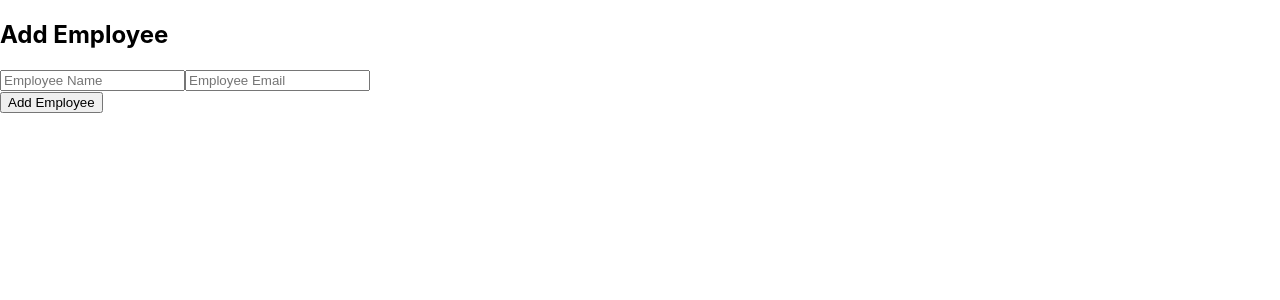
Repository: AfifaNoor/CRUD
Page: /add-employee
These files come from the project's save history. The page is drawn as it stood at one moment and after a run of saves; the edit follows.
The browser window is 1280 px wide. The pictures show the whole page.
The project was rebuilt for these pictures with package versions that can differ from the ones it lists, and the page was loaded fresh each time. Also part of the build but not shown: src/AdminPage.css, src/AdminPage.jsx, src/DashBoard.jsx.

Above is the page before, as saved 2025-06-13 14:52:00.

### src/App.js
import AdminPage from "./AdminPage"
import Router from "./Router";
import { RouterProvider } from "react-router-dom";
function App() {
  return (
    <>
      <RouterProvider router={Router} />
    </>
  );
}

export default App;

### src/Router.jsx
import React from 'react'
import { createBrowserRouter, createRoutesFromElements, Route } from 'react-router-dom'
import Dashboard from './DashBoard'
import AdminPage from './AdminPage'
import AddEmployee from './AddEmployee';


const Router =createBrowserRouter (
    createRoutesFromElements(
        <>
            <Route path="/dashboard" element= {<Dashboard/>}/>
            <Route path="/" element={<AdminPage/>} />
            <Route path='/add-employee' element={<AddEmployee/>} />

        </>

));



export default Router;

### src/AddEmployee.jsx
import React, { useEffect } from 'react'
import { useState } from 'react';

const AddEmployee = () => {

const [name,setName] =useState()
const[email,setEmail]= useState()
const [employeeList, setEmployeeList] = useState([]);

  useEffect(() => {
    // Load existing data from localStorage (if any) when the component mounts
    const storedData = JSON.parse(localStorage.getItem('employeeList')) || [];
    setEmployeeList(storedData);
  }, []);


  const handleSubmit = (e) =>{
    e.preventDefault();
      const newEmployee = {
      name: name.trim(),
      email: email.trim()
    };

    const updatedList = [...employeeList, newEmployee];

    // Save updated list in state and localStorage
    setEmployeeList(updatedList);
    localStorage.setItem('employeeList', JSON.stringify(updatedList));

    console.log('Employee Added:', newEmployee);

  }

  return (
    <div className='add-employee-page'>
      <h2>Add Employee</h2>
        <input type='text' name= "name" placeholder='Employee Name' value={name} className='form-input' onChange={(e) => setName(e.target.value)} />
        {/* <div className='dropdown' >
          <select className='form-input' value={formData.gender}  onChange={handleChange} name='gender' required>
            <option value="" disabled selected>Select Gender</option>
            <option value="male">Male</option>
            <option value="Female">Female</option>
            <option value="other">Other</option>
            <option value="prefer not to say">Prefer not to say</option>
          </select>
        </div> */}
        <input type='email' placeholder='Employee Email'  name="email" value={email} className='form-input' onChange={(e) => setEmail(e.target.value)}  required />
        {/* <input type='text' placeholder='Employee Position' value={formData.position} className='form-input' onChange={handleChange}  required />
        <input type='number' placeholder='Employee Salary'  value ={ formData.salary} className='form-input' onChange={handleChange}  required />
        <input type='date' placeholder='Date of Joining'  value={formData.joiningDate} className='form-input'  onChange={handleChange}required />
          */}
        <div className="form-button">
          <button type="submit" onClick={handleSubmit}  >Add Employee</button>
        </div>

    </div>
  )
}

export default AddEmployee

Loaded but not shown: public/index.html (common file); src/index.js (common file); src/index.css (common file); src/reportWebVitals.js (common file)

After the next 2 saves:
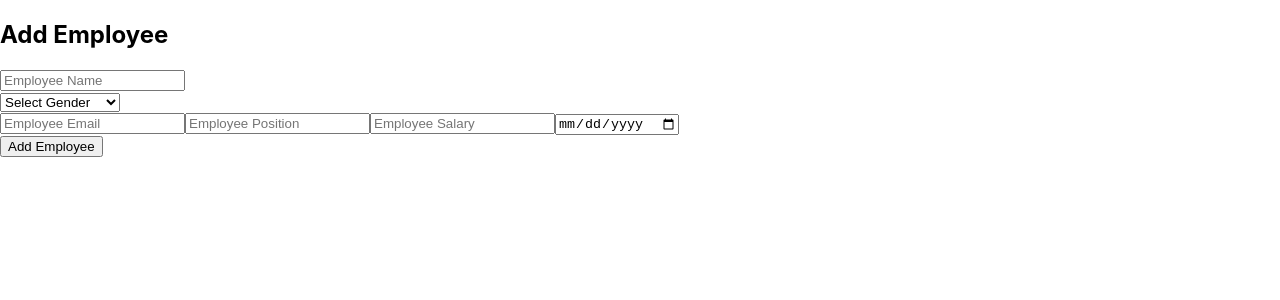
The 2 saves are shown as one change because 1 did not build or start.
The last was saved 23 h 26 min later.
--- a/src/AddEmployee.jsx
+++ b/src/AddEmployee.jsx
@@ -1,60 +1,140 @@
-import React, { useEffect } from 'react'
-import { useState } from 'react';
+// Importing necessary React features and hooks
+import React, { useEffect, useState } from 'react';
 
 const AddEmployee = () => {
+  // useState hook to track the value of each input field individually
+  const [name, setName] = useState('');             // For employee name
+  const [email, setEmail] = useState('');           // For employee email
+  const [gender, setGender] = useState('');         // For employee gender
+  const [position, setPosition] = useState('');     // For employee position
+  const [salary, setSalary] = useState('');         // For employee salary
+  const [joiningDate, setJoiningDate] = useState(''); // For joining date
 
-const [name,setName] =useState()
-const[email,setEmail]= useState()
-const [employeeList, setEmployeeList] = useState([]);
+  // State to store the complete list of employees
+  const [employeeList, setEmployeeList] = useState([]);
 
+  // useEffect runs once when the component mounts
   useEffect(() => {
-    // Load existing data from localStorage (if any) when the component mounts
+    // Get the employee list from localStorage if it exists, otherwise use empty array
     const storedData = JSON.parse(localStorage.getItem('employeeList')) || [];
+
+    // Set that data in state so we can work with it
     setEmployeeList(storedData);
-  }, []);
+  }, []); // Empty dependency array means this runs only once on initial load
 
+  // Function to handle form submission
+  const handleSubmit = (e) => {
+    e.preventDefault(); // Prevents default form submit behavior (page reload)
 
-  const handleSubmit = (e) =>{
-    e.preventDefault();
-      const newEmployee = {
-      name: name.trim(),
-      email: email.trim()
+    // Create a new employee object from the form input values
+    const newEmployee = {
+      name: name.trim(),           // Trim removes extra whitespace
+      email: email.trim(),
+      gender,
+      position,
+      salary,
+      joiningDate
     };
 
+    // Combine old employee list with new one
     const updatedList = [...employeeList, newEmployee];
 
-    // Save updated list in state and localStorage
+    // Update state with the new employee list
     setEmployeeList(updatedList);
+
+    // Save the updated list to localStorage so it persists across page refresh
     localStorage.setItem('employeeList', JSON.stringify(updatedList));
 
+    // Console log to verify the added employee
     console.log('Employee Added:', newEmployee);
 
-  }
+    // Optional: Clear all form fields after successful submission
+    setName('');
+    setEmail('');
+    setGender('');
+    setPosition('');
+    setSalary('');
+    setJoiningDate('');
+  };
 
+  // JSX: What this component renders to the browser
   return (
     <div className='add-employee-page'>
       <h2>Add Employee</h2>
-        <input type='text' name= "name" placeholder='Employee Name' value={name} className='form-input' onChange={(e) => setName(e.target.value)} />
-        {/* <div className='dropdown' >
-          <select className='form-input' value={formData.gender}  onChange={handleChange} name='gender' required>
-            <option value="" disabled selected>Select Gender</option>
-            <option value="male">Male</option>
-            <option value="Female">Female</option>
-            <option value="other">Other</option>
-            <option value="prefer not to say">Prefer not to say</option>
-          </select>
-        </div> */}
-        <input type='email' placeholder='Employee Email'  name="email" value={email} className='form-input' onChange={(e) => setEmail(e.target.value)}  required />
-        {/* <input type='text' placeholder='Employee Position' value={formData.position} className='form-input' onChange={handleChange}  required />
-        <input type='number' placeholder='Employee Salary'  value ={ formData.salary} className='form-input' onChange={handleChange}  required />
-        <input type='date' placeholder='Date of Joining'  value={formData.joiningDate} className='form-input'  onChange={handleChange}required />
-          */}
-        <div className="form-button">
-          <button type="submit" onClick={handleSubmit}  >Add Employee</button>
-        </div>
 
+      {/* Input for Name */}
+      <input
+        type='text'
+        name="name"
+        placeholder='Employee Name'
+        value={name}
+        className='form-input'
+        onChange={(e) => setName(e.target.value)} // Updates name state as user types
+      />
+
+      {/* Dropdown for Gender */}
+      <div className='dropdown'>
+        <select
+          className='form-input'
+          value={gender}
+          onChange={(e) => setGender(e.target.value)} // Updates gender state
+          required
+        >
+          <option value="" disabled>Select Gender</option>
+          <option value="male">Male</option>
+          <option value="female">Female</option>
+          <option value="other">Other</option>
+          <option value="prefer not to say">Prefer not to say</option>
+        </select>
+      </div>
+
+      {/* Input for Email */}
+      <input
+        type='email'
+        name="email"
+        placeholder='Employee Email'
+        value={email}
+        className='form-input'
+        onChange={(e) => setEmail(e.target.value)} // Updates email state
+        required
+      />
+
+      {/* Input for Position */}
+      <input
+        type='text'
+        placeholder='Employee Position'
+        value={position}
+        className='form-input'
+        onChange={(e) => setPosition(e.target.value)} // Updates position state
+        required
+      />
+
+      {/* Input for Salary */}
+      <input
+        type='number'
+        placeholder='Employee Salary'
+        value={salary}
+        className='form-input'
+        onChange={(e) => setSalary(e.target.value)} // Updates salary state
+        required
+      />
+
+      {/* Input for Date of Joining */}
+      <input
+        type='date'
+        placeholder='Date of Joining'
+        value={joiningDate}
+        className='form-input'
+        onChange={(e) => setJoiningDate(e.target.value)} // Updates joiningDate state
+        required
+      />
+
+      {/* Submit Button */}
+      <div className="form-button">
+        <button type="submit" onClick={handleSubmit}>Add Employee</button>
+      </div>
     </div>
-  )
-}
+  );
+};
 
-export default AddEmployee
+export default AddEmployee;
